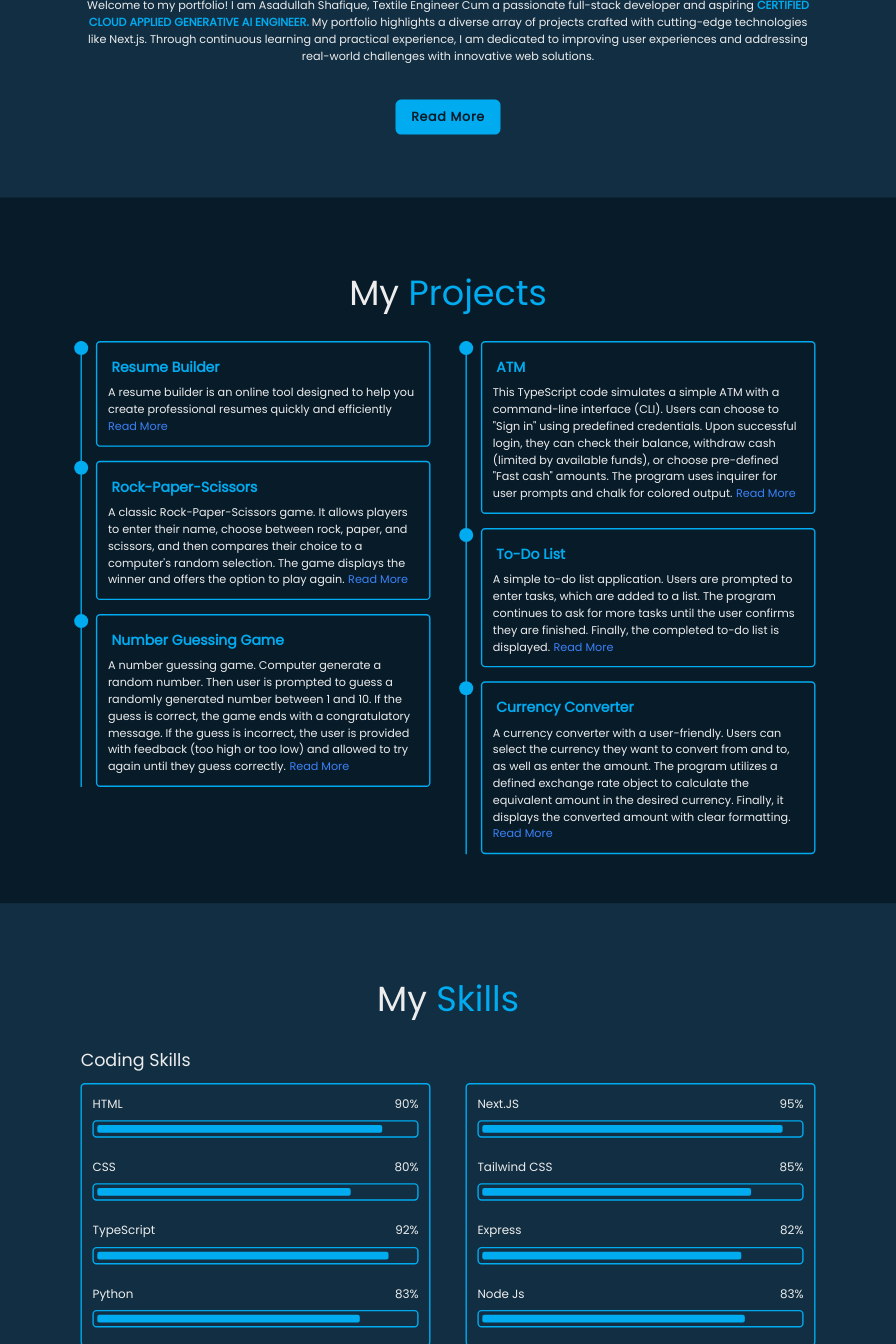
Repository: asadullah48/nextjs_projects_portfolio
Page: /
An editor plug-in stored every save of this project. The page is shown before and after a run of saves, followed by the edit.
The browser window is 1280 px wide. The pictures show the part of the page from y = 1375 to 3295 px (the page is 4258 px tall), at 70% of full size.
The project was rebuilt for these pictures with package versions that can differ from the ones it lists, and the page was loaded fresh each time. The framework's server and built-in components were replaced by stand-ins that run in the browser. Also part of the build but not shown: next.config.ts.

Above is the page before, as saved 2024-11-13 14:00:30.

After the next 2 saves:
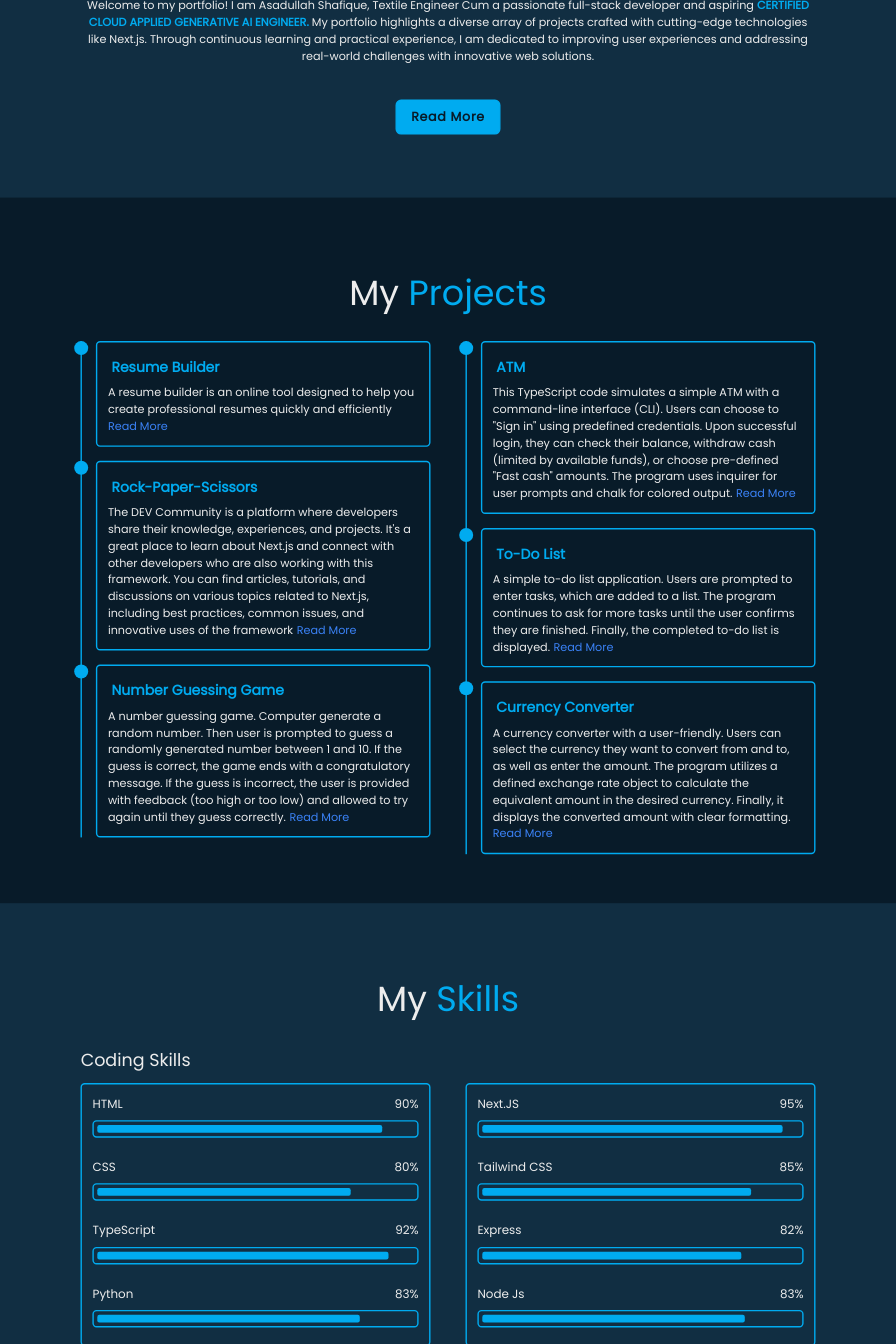
The 2 saves are shown as one change because they came seconds apart.
The last was saved 118 s later.
--- a/src/app/page.tsx
+++ b/src/app/page.tsx
@@ -259,11 +259,7 @@ active:text-[var(--main-color)]"
                     <h3>Rock-Paper-Scissors</h3>
                   </div>
                   <p>
-                    A classic Rock-Paper-Scissors game. It allows players to
-                    enter their name, choose between rock, paper, and scissors,
-                    and then compares their choice to a computer's random
-                    selection. The game displays the winner and offers the
-                    option to play again.
+                  The DEV Community is a platform where developers share their knowledge, experiences, and projects. It's a great place to learn about Next.js and connect with other developers who are also working with this framework. You can find articles, tutorials, and discussions on various topics related to Next.js, including best practices, common issues, and innovative uses of the framework
                     <Link
                       href="https://github.com/Tayyabkhalid993/PIAIC56/tree/main/NodeProjects/Other_Projects/Rock_Paper_sessior"
                       className="text-blue-500
